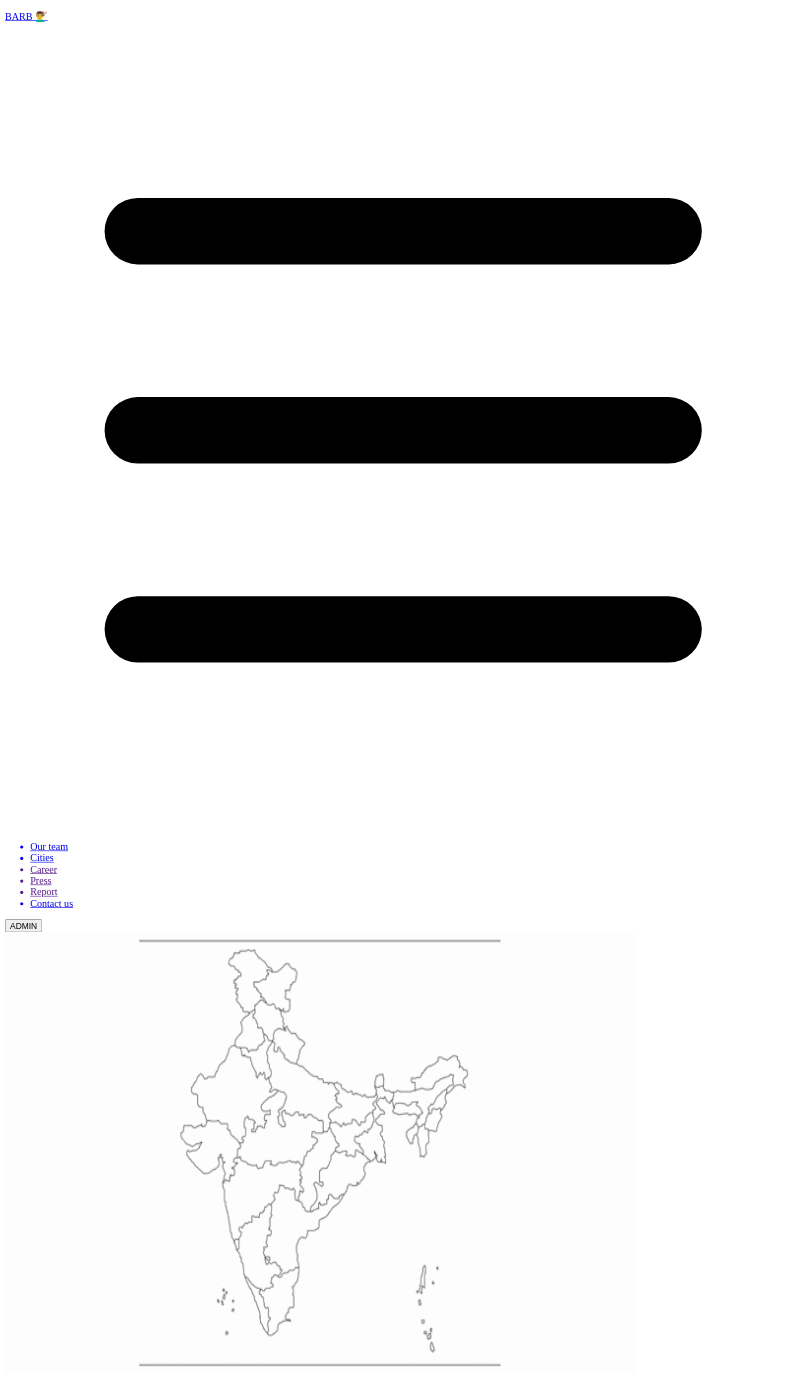
Repository: MinorLeopard/barbweb
Page: /Cities
These files come from the project's save history. The page is drawn as it stood at one moment and after the next save; the edit follows.
The browser window is 1280 px wide. The pictures show the whole page, at 63% of full size.
The project was rebuilt for these pictures with package versions that can differ from the ones it lists, and the page was loaded fresh each time. The framework's server and built-in components were replaced by stand-ins that run in the browser. Also part of the build but not shown: components/Dropdown.tsx.

Above is the page before, as saved 2021-12-22 00:46:04.

After the next save:
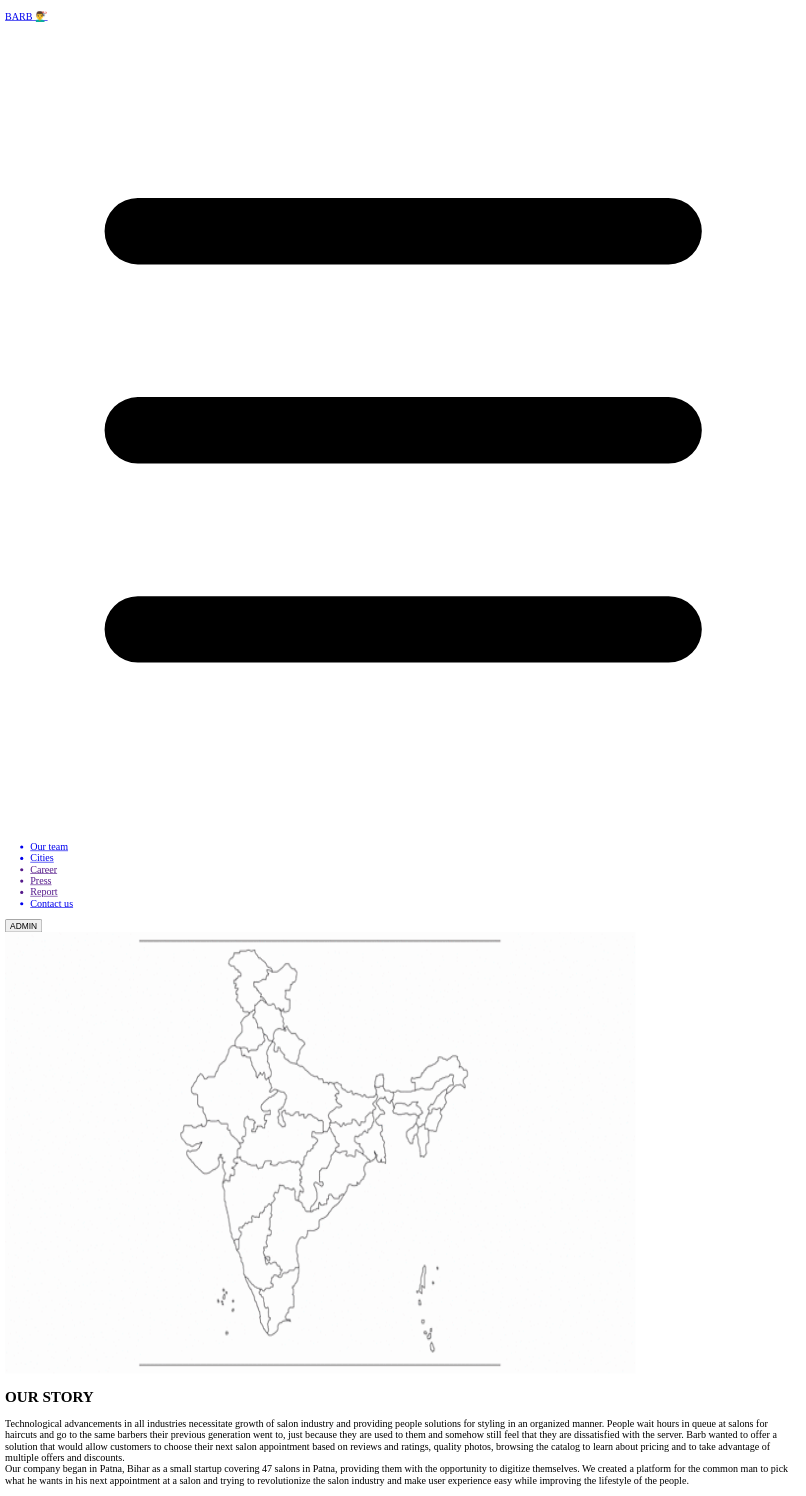
Saved 37 min 9 s later.
--- a/pages/Cities.tsx
+++ b/pages/Cities.tsx
@@ -9,6 +9,32 @@
               height={700}
               width={1000}
             />
+            <div className="w-screen ">
+  <nav className="bg-white shadow-lg">
+    <div className="items-center justify-between px-8 py-2 md:flex md:px-12">
+      <div className="flex items-center justify-between"></div>
+    </div>
+  </nav>
+  <div className="flex bg-white" >
+    <div className="flex items-center px-8 text-center lg:text-left md:px-12 lg:w-1/2">
+      <div>
+        <h2 className="font-normal text-gray-800 text-7xl md:text-6xl">OUR <span className="font-extrabold text-gray-500">STORY</span></h2>
+        <p className="text-lg text-gray-500 mt-7 md:text-base">
+          Technological advancements in all industries necessitate growth of salon industry and providing people solutions for styling in an organized manner. People wait hours in queue at salons for haircuts and go to the same barbers their previous generation went to, just because they are used to them and somehow still feel that they are dissatisfied with the server. Barb wanted to offer a solution that would allow customers to choose their next salon appointment based on reviews and ratings, quality photos, browsing the catalog to learn about pricing and to take advantage of multiple offers and discounts.
+          <br />
+
+          Our company began in Patna, Bihar as a small startup covering 47 salons in Patna, providing them with the opportunity to digitize themselves. We created a platform for the common man to pick what he wants in his next appointment at a salon and trying to revolutionize the salon industry and make user experience easy while improving the lifestyle of the people.
+        </p>
+      </div>
+    </div>
+    <div className="hidden lg:block lg:w-1/2" >
+      <div className="object-cover h-full " >
+
+        <div className="h-full bg-black opacity-25"></div>
+      </div>
+    </div>
+  </div>
+</div>
             </div>
         </>
     )
